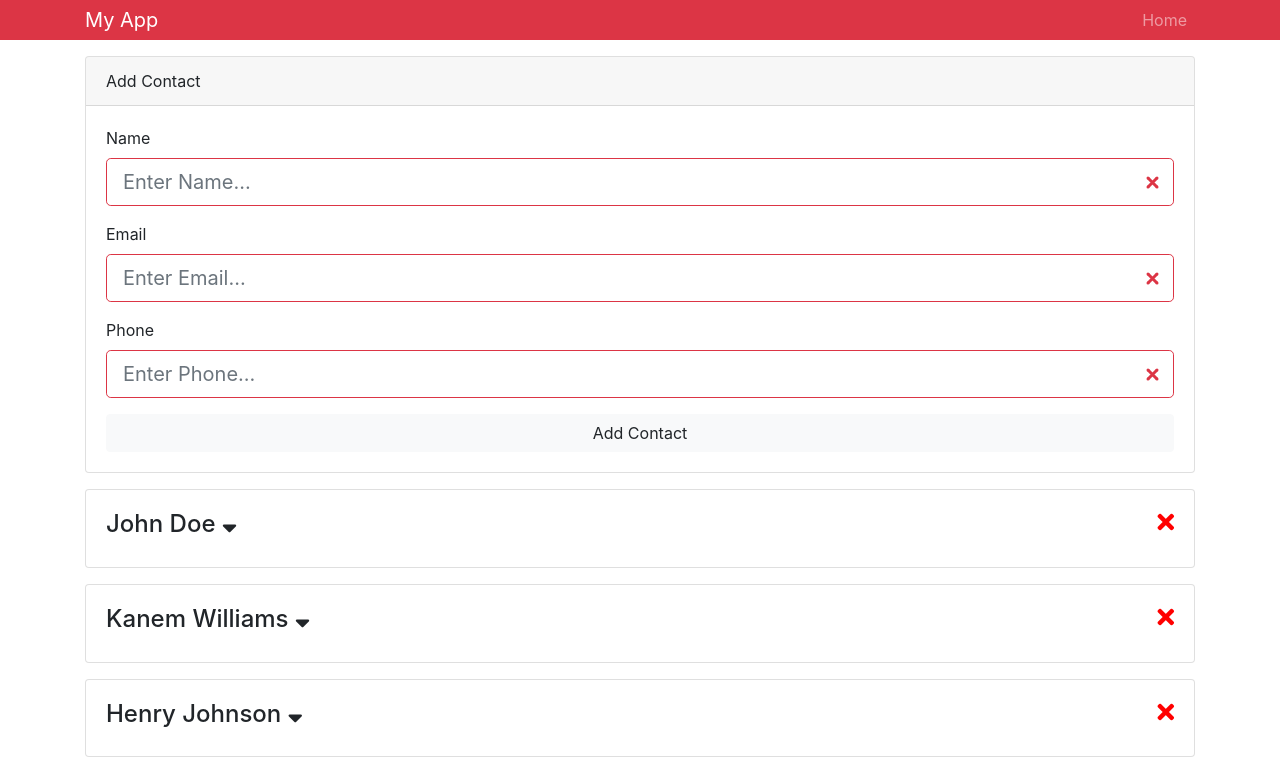
Repository: Mtbwka/contactmanager
Page: /
The author's editor kept a copy of each file at every save. The page is drawn from the files as they stood at one save, then again after the next save.
The browser window is 1280 px wide. The pictures show the whole page.
Some web libraries are served in a nearby version. The project was rebuilt for these pictures with package versions that can differ from the ones it lists, and the page was loaded fresh each time.

Above is the page before, as saved 2019-05-08 21:29:14.

After the next save:
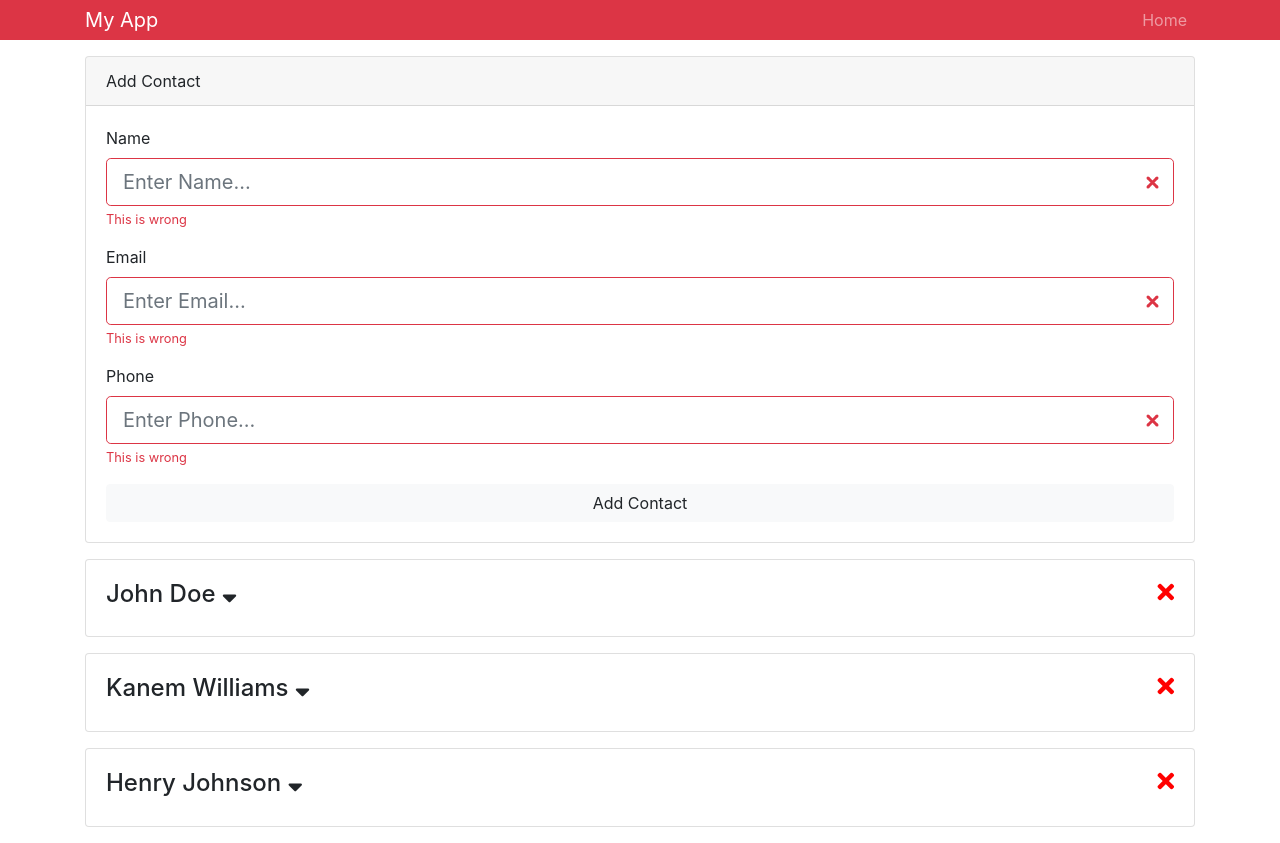
Saved 27 s later.
--- a/src/components/layout/TextInputGroup.js
+++ b/src/components/layout/TextInputGroup.js
@@ -21,6 +21,7 @@ const TextInputGroup = ({
         value={value}
         onChange={onChange}
       />
+      <div className='invalid-feedback'>This is wrong</div>
     </div>
   );
 };
